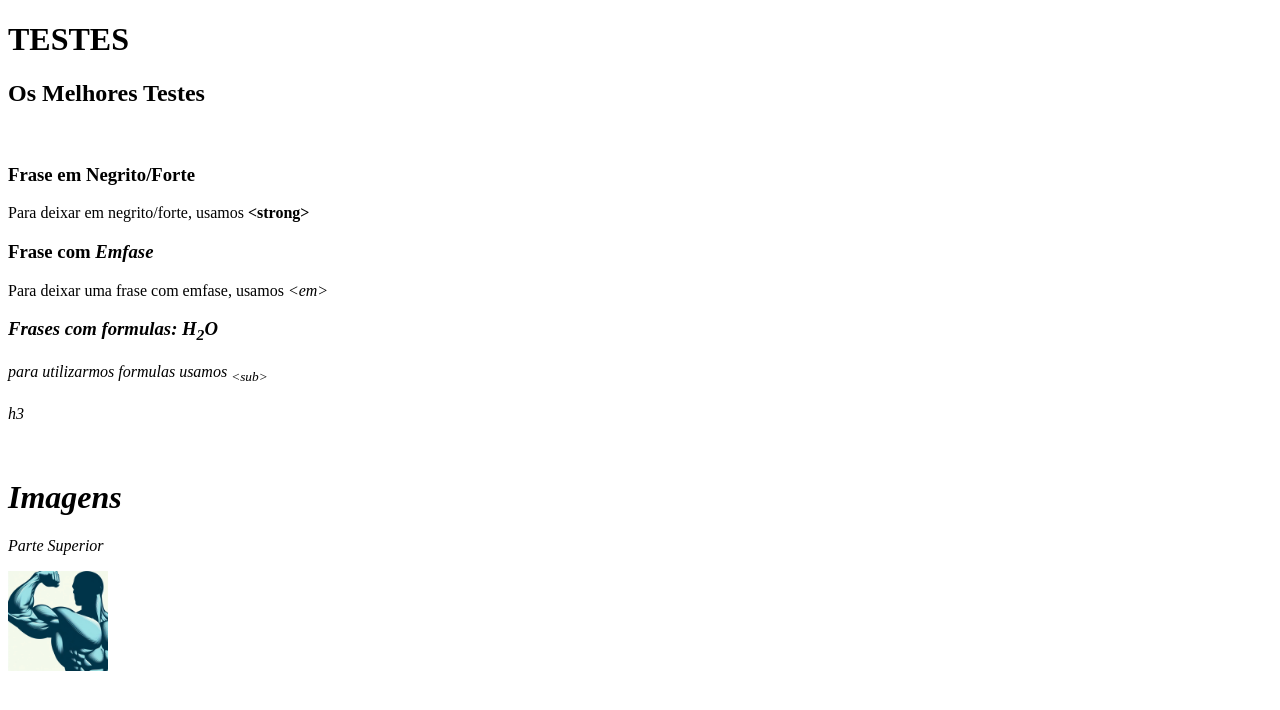
Repository: LuidyOn/Site_Forca_Total
Page: ForçaTotal/teste.html
An editor plug-in stored every save of this project. The page is shown before and after the next save, followed by the edit.
The browser window is 1280 px wide. The pictures show the whole page.

Above is the page before, as saved 2025-05-14 14:18:08.

### ForçaTotal/teste.html
<!DOCTYPE html>
<html lang="pt-br">
<head>
  <meta charset="UTF-8">
  <meta name="viewport" content="width=device-width, initial-scale=1.0">
  <link rel="shortcut icon" href="img/icons/logo.ico" type="image/x-icon">
  <title>Testes Força total</title>
</head>
<body>
<h1>TESTES</h1>
  <h2>Os Melhores Testes</h2>

  <p><br></p>

    <h3>Frase em <strong>Negrito/Forte</strong></h3>
    <p>Para deixar em negrito/forte, usamos <strong>&lt;strong&gt;</strong> </p>

    <h3>Frase com <em>Emfase</em> </h3>
    <p>Para deixar uma frase com emfase, usamos <em>&lt;em&gt;<em> </p>

    <h3>Frases com formulas: H<sub>2</sub>O </h3>
    <p>para utilizarmos formulas usamos <sub>&lt;sub&gt;</sub></p>

    h3
    <sup></sup>
<p><br></p>

<h1>Imagens</h1>
  <p>Parte Superior</p>
<img src="img/parteSerior.png" alt="parte superior" style= "width: 100px; height: 100px;">
</body>
</html>

After the next save:
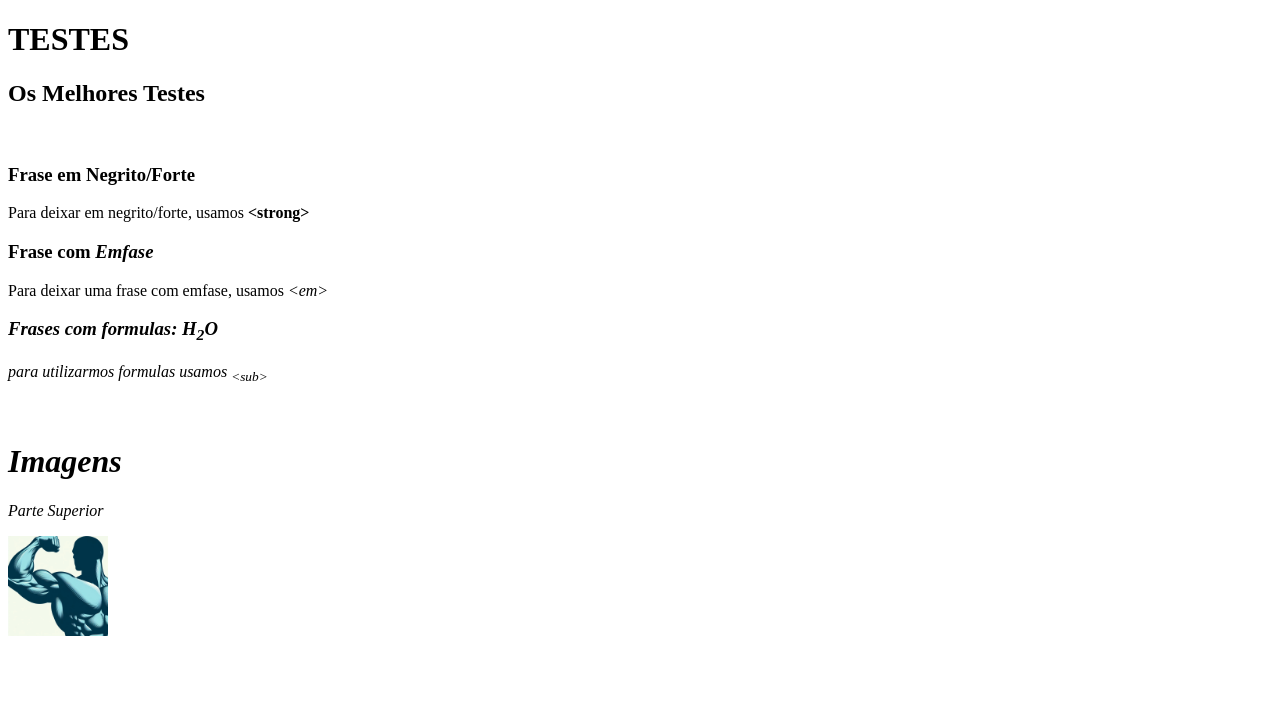
Saved 4 s later.
--- a/ForçaTotal/teste.html
+++ b/ForçaTotal/teste.html
@@ -21,7 +21,7 @@
     <h3>Frases com formulas: H<sub>2</sub>O </h3>
     <p>para utilizarmos formulas usamos <sub>&lt;sub&gt;</sub></p>
 
-    h3
+    <h3></h3>
     <sup></sup>
 <p><br></p>
 
